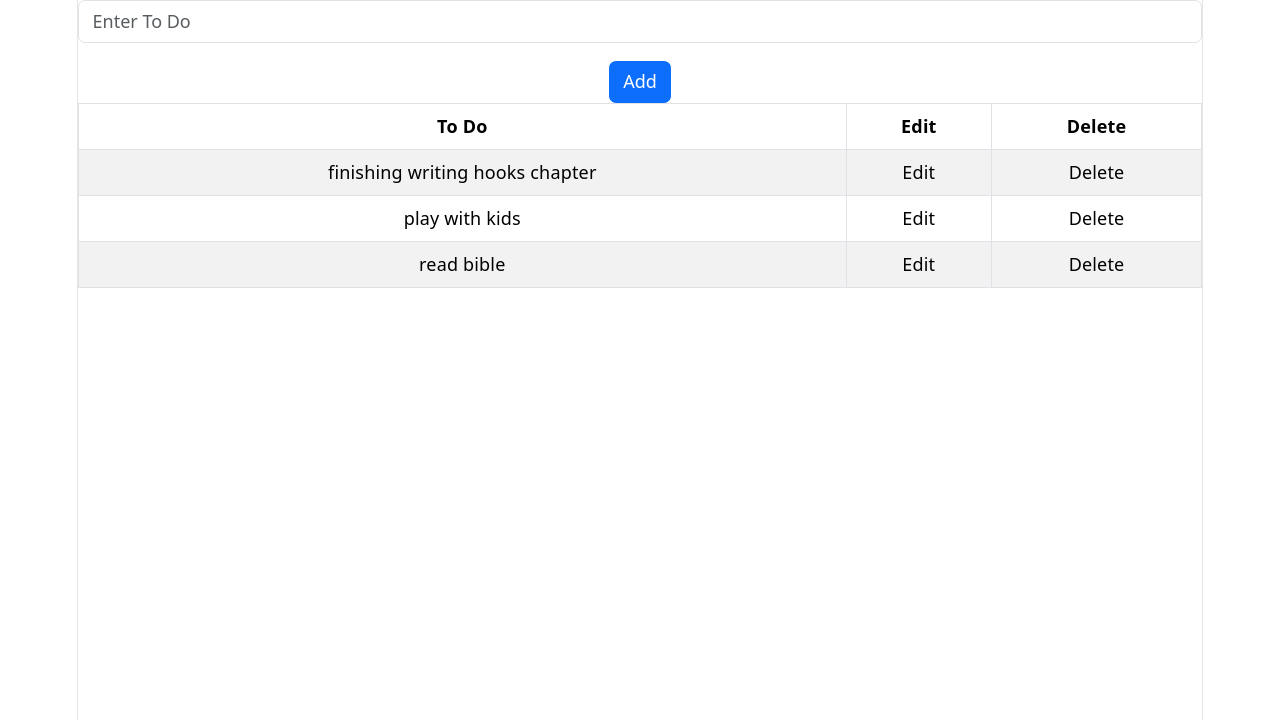
Repository: Sydwell1/ReactCourse
Page: / (app in Chapter9/react-hooks-chapter9-start/)
The author's editor kept a copy of each file at every save. The page is drawn from the files as they stood at one save, then again after the next save.
The browser window is 1280 px wide. The pictures show the whole page.
The project was rebuilt for these pictures with package versions that can differ from the ones it lists, and the page was loaded fresh each time. Also part of the build but not shown: Chapter9/react-hooks-chapter9-start/vite.config.js.

Above is the page before, as saved 2026-11-25 09:00:29.

### Chapter9/react-hooks-chapter9-start/index.html
<!doctype html>
<html lang="en">
  <head>
    <meta charset="UTF-8" />
    <link rel="icon" type="image/svg+xml" href="/favicon.svg" />
    <meta name="viewport" content="width=device-width, initial-scale=1.0" />
    <title>react-hooks-chapter9-start</title>
  </head>
  <body>
    <div id="root"></div>
    <script type="module" src="/src/main.jsx"></script>
  </body>
</html>

### Chapter9/react-hooks-chapter9-start/src/index.css
:root {
  --text: #6b6375;
  --text-h: #08060d;
  --bg: #fff;
  --border: #e5e4e7;
  --code-bg: #f4f3ec;
  --accent: #aa3bff;
  --accent-bg: rgba(170, 59, 255, 0.1);
  --accent-border: rgba(170, 59, 255, 0.5);
  --social-bg: rgba(244, 243, 236, 0.5);
  --shadow:
    rgba(0, 0, 0, 0.1) 0 10px 15px -3px, rgba(0, 0, 0, 0.05) 0 4px 6px -2px;

  --sans: system-ui, 'Segoe UI', Roboto, sans-serif;
  --heading: system-ui, 'Segoe UI', Roboto, sans-serif;
  --mono: ui-monospace, Consolas, monospace;

  font: 18px/145% var(--sans);
  letter-spacing: 0.18px;
  color-scheme: light dark;
  color: var(--text);
  background: var(--bg);
  font-synthesis: none;
  text-rendering: optimizeLegibility;
  -webkit-font-smoothing: antialiased;
  -moz-osx-font-smoothing: grayscale;

  @media (max-width: 1024px) {
    font-size: 16px;
  }
}

@media (prefers-color-scheme: dark) {
  :root {
    --text: #9ca3af;
    --text-h: #f3f4f6;
    --bg: #16171d;
    --border: #2e303a;
    --code-bg: #1f2028;
    --accent: #c084fc;
    --accent-bg: rgba(192, 132, 252, 0.15);
    --accent-border: rgba(192, 132, 252, 0.5);
    --social-bg: rgba(47, 48, 58, 0.5);
    --shadow:
      rgba(0, 0, 0, 0.4) 0 10px 15px -3px, rgba(0, 0, 0, 0.25) 0 4px 6px -2px;
  }

  #social .button-icon {
    filter: invert(1) brightness(2);
  }
}

body {
  margin: 0;
}

#root {
  width: 1126px;
  max-width: 100%;
  margin: 0 auto;
  text-align: center;
  border-inline: 1px solid var(--border);
  min-height: 100svh;
  display: flex;
  flex-direction: column;
  box-sizing: border-box;
}

h1,
h2 {
  font-family: var(--heading);
  font-weight: 500;
  color: var(--text-h);
}

h1 {
  font-size: 56px;
  letter-spacing: -1.68px;
  margin: 32px 0;
  @media (max-width: 1024px) {
    font-size: 36px;
    margin: 20px 0;
  }
}
h2 {
  font-size: 24px;
  line-height: 118%;
  letter-spacing: -0.24px;
  margin: 0 0 8px;
  @media (max-width: 1024px) {
    font-size: 20px;
  }
}
p {
  margin: 0;
}

code,
.counter {
  font-family: var(--mono);
  display: inline-flex;
  border-radius: 4px;
  color: var(--text-h);
}

code {
  font-size: 15px;
  line-height: 135%;
  padding: 4px 8px;
  background: var(--code-bg);
}

### Chapter9/react-hooks-chapter9-start/src/App.jsx
import React, { useReducer } from 'react'
import ToDoList from './ToDoList'
import { v4 as uuidv4 } from 'uuid'

const todosInitialState = {
  todos: [
    { id: 1, text: "finishing writing hooks chapter" },
    { id: 2, text: "play with kids" },
    { id: 3, text: "read bible" }
  ]
}

export const TodosContext = React.createContext()

function App() {
  const [state, dispatch] = useReducer(todosReducer, todosInitialState)

  return (
    <TodosContext.Provider value={{ state, dispatch }}>
      <ToDoList />
    </TodosContext.Provider>
  )
}

function todosReducer(state, action) {
  switch (action.type) {
    case 'add':
      const newToDo = { id: uuidv4(), text: action.payload }
      // add new todo onto array
      const addedToDos = [...state.todos, newToDo]
      // spread our state and assign todos
      return { ...state, todos: addedToDos }
    case 'delete':
      const filteredTodoState = state.todos.filter(todo => todo.id !== action.payload.id)
      return { ...state, todos: filteredTodoState }
    case 'edit':
      const updatedToDo = { ...action.payload }
      const updatedToDoIndex = state.todos.findIndex(t => t.id === action.payload.id)
      const updatedToDos = [
        ...state.todos.slice(0, updatedToDoIndex),
        updatedToDo,
        ...state.todos.slice(updatedToDoIndex + 1)
      ]
      return { ...state, todos: updatedToDos }
    default:
      return state   // unknown action: leave the state alone
  }
}

export default App

### Chapter9/react-hooks-chapter9-start/src/ToDoList.jsx
import { useContext, useState } from 'react'
import { TodosContext } from './App'
import { Table, Form, Button } from 'react-bootstrap'

function ToDoList() {
  // receive state and dispatch from App.jsx
  const { state, dispatch } = useContext(TodosContext)
  const [todoText, setTodoText] = useState("")
  const [editMode, setEditMode] = useState(false)
  const [editTodo, setEditTodo] = useState(null)
  const buttonTitle = editMode ? "Edit" : "Add"

  const handleSubmit = event => {
    event.preventDefault()
    if (editMode) {
      dispatch({ type: 'edit', payload: { ...editTodo, text: todoText } })
      setEditMode(false)
      setEditTodo(null)
    }
    else {
      dispatch({ type: 'add', payload: todoText })
    }
    setTodoText("")   // clear the field
  }

  return (
    <div>
      <Form onSubmit={handleSubmit}>
        <Form.Group className="mb-3" controlId="formBasicEmail">
          <Form.Control
            type="text"
            placeholder="Enter To Do"
            onChange={event => setTodoText(event.target.value)}
            value={todoText}
          />
        </Form.Group>
        <Button variant="primary" type="submit">
          {buttonTitle}
        </Button>
      </Form>
      <Table striped bordered hover>
        <thead>
          <tr>
            <th>To Do</th>
            <th>Edit</th>
            <th>Delete</th>
          </tr>
        </thead>
        <tbody>
          {state.todos.map(todo => (
            <tr key={todo.id}>
              <td>{todo.text}</td>
              <td onClick={() => {
                setTodoText(todo.text)
                setEditMode(true)
                setEditTodo(todo)
              }}>
                Edit
              </td>
              <td onClick={() =>
                dispatch({ type: 'delete', payload: todo })}>Delete</td>
            </tr>
          ))}
        </tbody>
      </Table>
    </div>
  )
}

export default ToDoList

Loaded but not shown: Chapter9/react-hooks-chapter9-start/src/main.jsx (common file)

After the next save:
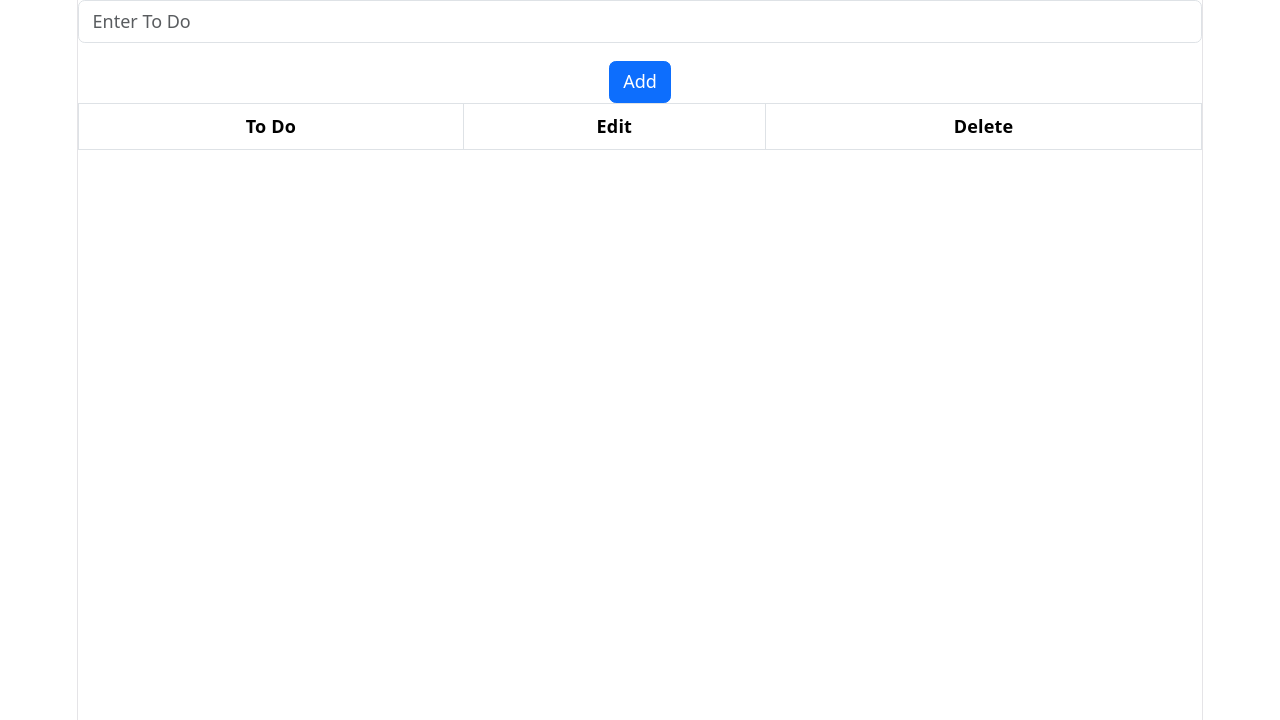
Saved 60 s later.
--- a/Chapter9/react-hooks-chapter9-start/src/App.jsx
+++ b/Chapter9/react-hooks-chapter9-start/src/App.jsx
@@ -1,50 +1,50 @@
-import React, { useReducer } from 'react'
-import ToDoList from './ToDoList'
-import { v4 as uuidv4 } from 'uuid'
+import React, { useReducer } from "react";
+import ToDoList from "./ToDoList";
+import { v4 as uuidv4 } from "uuid";
 
 const todosInitialState = {
-  todos: [
-    { id: 1, text: "finishing writing hooks chapter" },
-    { id: 2, text: "play with kids" },
-    { id: 3, text: "read bible" }
-  ]
-}
+  todos: [],
+};
 
-export const TodosContext = React.createContext()
+export const TodosContext = React.createContext();
 
 function App() {
-  const [state, dispatch] = useReducer(todosReducer, todosInitialState)
+  const [state, dispatch] = useReducer(todosReducer, todosInitialState);
 
   return (
     <TodosContext.Provider value={{ state, dispatch }}>
       <ToDoList />
     </TodosContext.Provider>
-  )
+  );
 }
 
 function todosReducer(state, action) {
   switch (action.type) {
-    case 'add':
-      const newToDo = { id: uuidv4(), text: action.payload }
+    case "add":
+      const newToDo = { id: uuidv4(), text: action.payload };
       // add new todo onto array
-      const addedToDos = [...state.todos, newToDo]
+      const addedToDos = [...state.todos, newToDo];
       // spread our state and assign todos
-      return { ...state, todos: addedToDos }
-    case 'delete':
-      const filteredTodoState = state.todos.filter(todo => todo.id !== action.payload.id)
-      return { ...state, todos: filteredTodoState }
-    case 'edit':
-      const updatedToDo = { ...action.payload }
-      const updatedToDoIndex = state.todos.findIndex(t => t.id === action.payload.id)
+      return { ...state, todos: addedToDos };
+    case "delete":
+      const filteredTodoState = state.todos.filter(
+        (todo) => todo.id !== action.payload.id,
+      );
+      return { ...state, todos: filteredTodoState };
+    case "edit":
+      const updatedToDo = { ...action.payload };
+      const updatedToDoIndex = state.todos.findIndex(
+        (t) => t.id === action.payload.id,
+      );
       const updatedToDos = [
         ...state.todos.slice(0, updatedToDoIndex),
         updatedToDo,
-        ...state.todos.slice(updatedToDoIndex + 1)
-      ]
-      return { ...state, todos: updatedToDos }
+        ...state.todos.slice(updatedToDoIndex + 1),
+      ];
+      return { ...state, todos: updatedToDos };
     default:
-      return state   // unknown action: leave the state alone
+      return state; // unknown action: leave the state alone
   }
 }
 
-export default App
+export default App;
